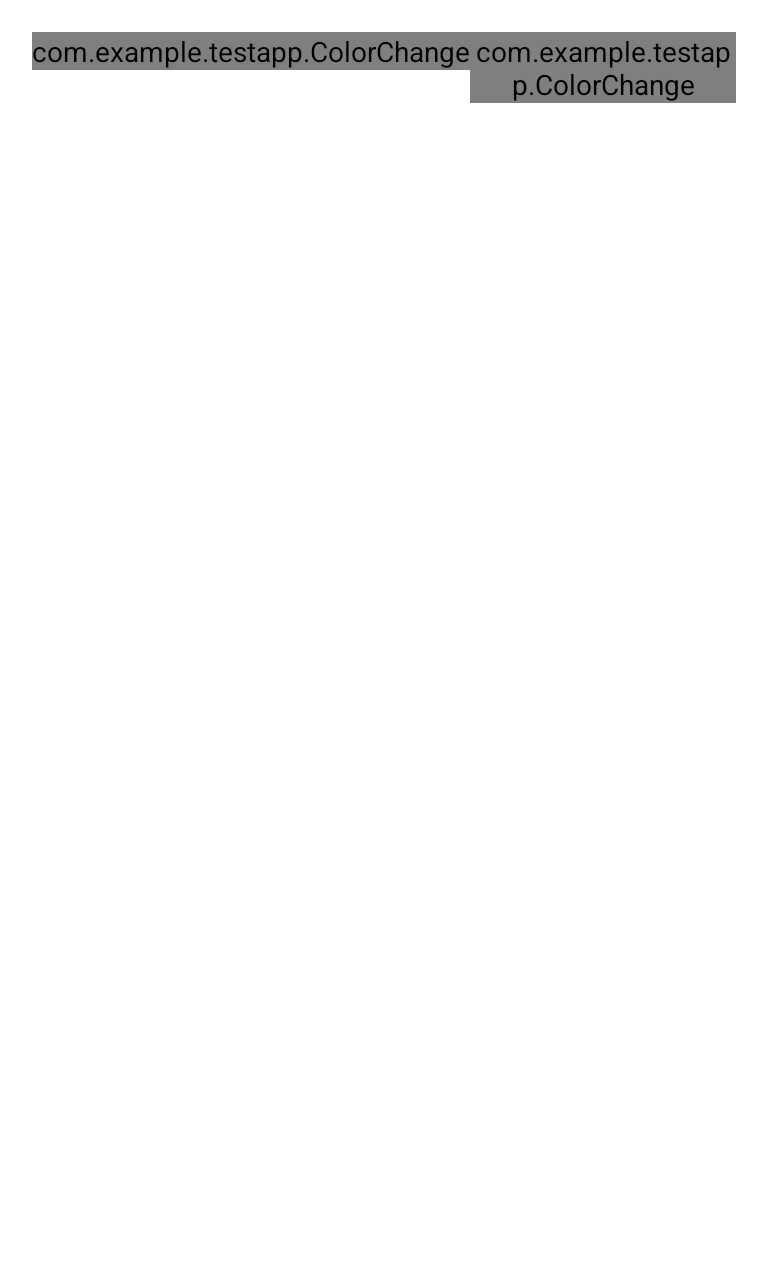
Repository: nick92/ConkyLive
Layout: testApp/res/layout/activity_main.xml
These files come from the project's save history. The layout is drawn as it stood at one moment and after the next save; the edit follows.
Pictures or frames that could not be fetched are drawn as grey boxes. It is drawn on a 768 x 1280 px phone screen (xhdpi) without system bars, with theme AppTheme; the app's code is not run.

Above is the layout before, as saved 2013-05-15 13:54:41.

### testApp/res/layout/activity_main.xml
<LinearLayout xmlns:android="http://schemas.android.com/apk/res/android"
    xmlns:tools="http://schemas.android.com/tools"
    xmlns:option="http://schemas.android.com/apk/res/com.example.testapp"
    android:layout_width="fill_parent"
    android:layout_height="fill_parent"
    android:paddingBottom="@dimen/activity_vertical_margin"
    android:paddingLeft="@dimen/activity_horizontal_margin"
    android:paddingRight="@dimen/activity_horizontal_margin"
    android:paddingTop="@dimen/activity_vertical_margin"
    tools:context=".MainActivity" >

     <com.example.testapp.ColorChange
        android:id="@+id/view2"
        android:layout_width="wrap_content"
	    android:layout_height="wrap_content"
        android:onClick="onClicked"
        option:titleText="Foreground Color"
        option:valueColor="#591e6e" />

    <com.example.testapp.ColorChange
        android:id="@+id/view1"
        android:layout_width="fill_parent"
	    android:layout_height="wrap_content"
	    android:onClick="onClicked"
        option:titleText="Background Color"
        option:valueColor="#FFA4C639" />



</LinearLayout>

Loaded but not shown: testApp/res/values/styles.xml (common file); testApp/res/values-v11/styles.xml (common file); testApp/res/values-v14/styles.xml (common file); testApp/res/values/dimens.xml (common file)

After the next save:
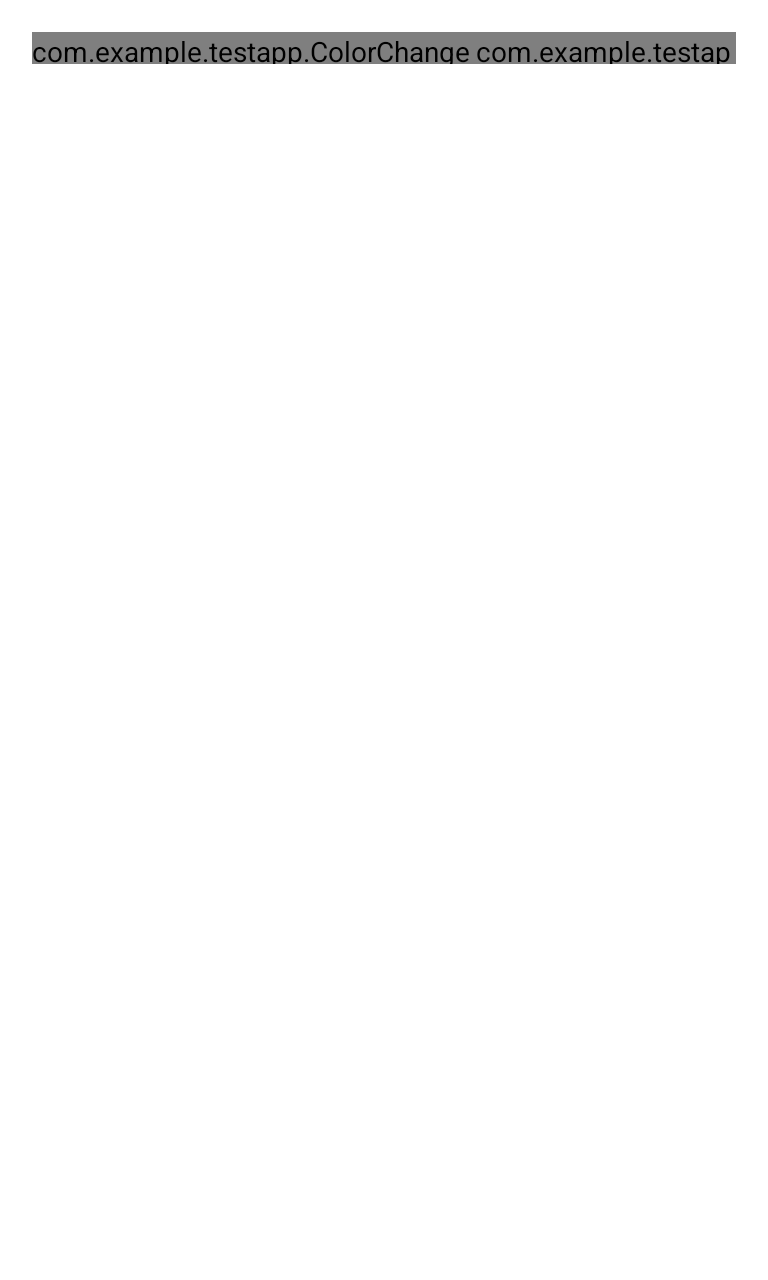
Saved 11 s later.
--- a/testApp/res/layout/activity_main.xml
+++ b/testApp/res/layout/activity_main.xml
@@ -12,7 +12,7 @@
      <com.example.testapp.ColorChange
         android:id="@+id/view2"
         android:layout_width="wrap_content"
-	    android:layout_height="wrap_content"
+	    android:layout_height="16dp"
         android:onClick="onClicked"
         option:titleText="Foreground Color"
         option:valueColor="#591e6e" />
@@ -20,7 +20,7 @@
     <com.example.testapp.ColorChange
         android:id="@+id/view1"
         android:layout_width="fill_parent"
-	    android:layout_height="wrap_content"
+	    android:layout_height="16dp"
 	    android:onClick="onClicked"
         option:titleText="Background Color"
         option:valueColor="#FFA4C639" />

After the save that followed:
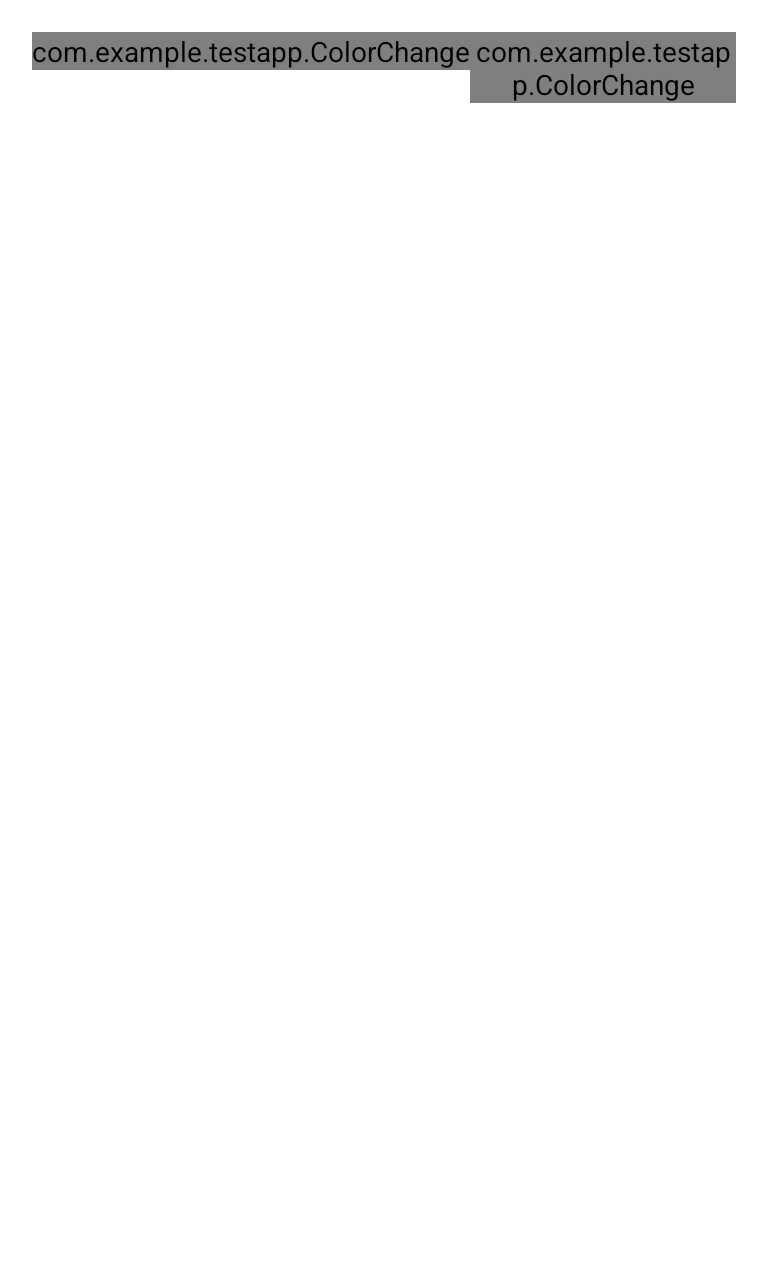
Saved 73 s later.
--- a/testApp/res/layout/activity_main.xml
+++ b/testApp/res/layout/activity_main.xml
@@ -12,15 +12,15 @@
      <com.example.testapp.ColorChange
         android:id="@+id/view2"
         android:layout_width="wrap_content"
-	    android:layout_height="16dp"
+	    android:layout_height="wrap_content"
         android:onClick="onClicked"
         option:titleText="Foreground Color"
         option:valueColor="#591e6e" />
 
     <com.example.testapp.ColorChange
         android:id="@+id/view1"
-        android:layout_width="fill_parent"
-	    android:layout_height="16dp"
+        android:layout_width="wrap_content"
+	    android:layout_height="wrap_content"
 	    android:onClick="onClicked"
         option:titleText="Background Color"
         option:valueColor="#FFA4C639" />
